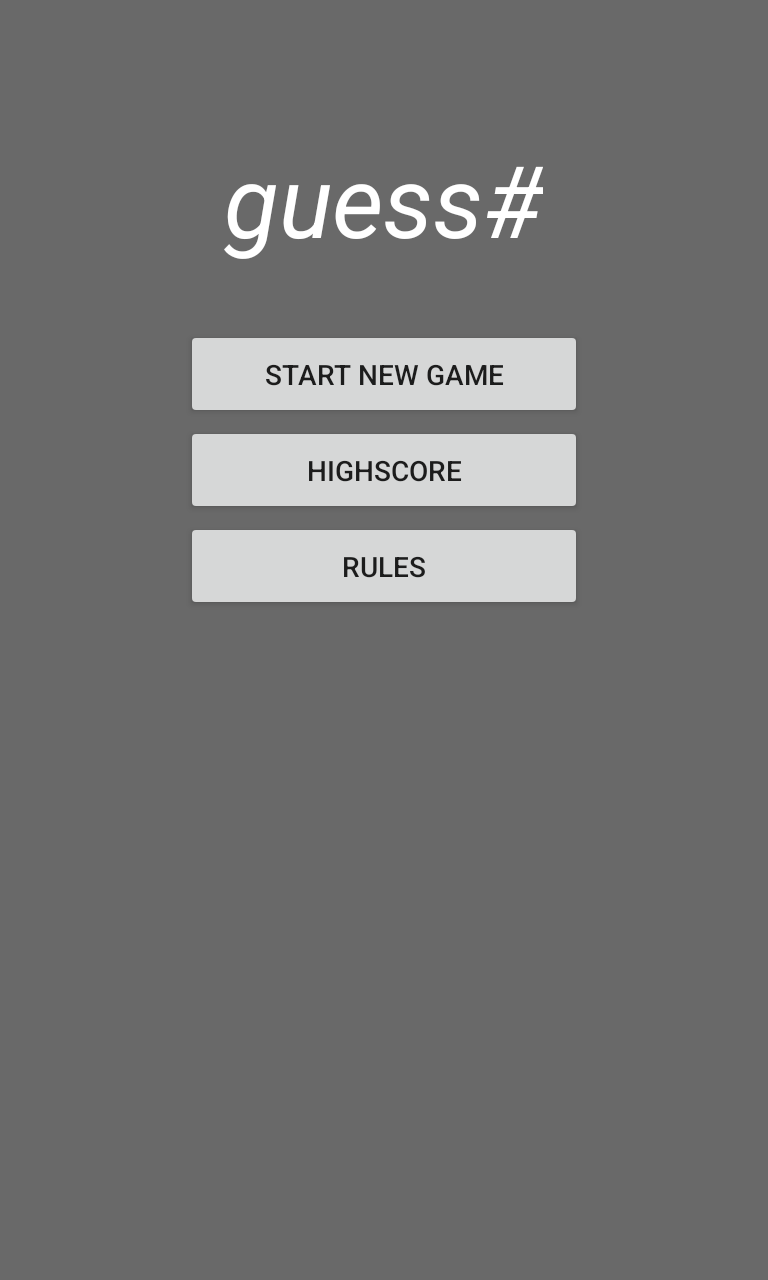
Repository: Hannanina/GuessTag
Layout: GuessTag/res/layout/activity_start.xml
An editor plug-in stored every save of this project. The layout is shown before and after the next save, followed by the edit.
It is drawn on a 768 x 1280 px phone screen (xhdpi) without system bars, with theme AppTheme; the app's code is not run.

Above is the layout before, as saved 2014-12-08 10:08:30.

### GuessTag/res/layout/activity_start.xml
<?xml version="1.0" encoding="utf-8"?>
<LinearLayout xmlns:android="http://schemas.android.com/apk/res/android"
    xmlns:tools="http://schemas.android.com/tools"
    android:layout_width="match_parent"
    android:layout_height="match_parent"
    android:paddingBottom="@dimen/activity_vertical_margin"
    android:paddingLeft="@dimen/activity_horizontal_margin"
    android:paddingRight="@dimen/activity_horizontal_margin"
    android:paddingTop="@dimen/activity_vertical_margin"
    tools:context="com.example.guesstag.StartActivity"
    android:background="@color/DimGray"
    android:orientation="vertical" >

    <TextView
        android:id="@+id/start_heading"
        android:layout_marginTop="50dp"
        android:layout_marginBottom="30dp"
        android:layout_width="wrap_content"
	    android:layout_height="wrap_content"
	    android:layout_gravity="center"
	    android:text="@string/start_heading"
	    android:textStyle="italic"
	    android:textSize="50sp"
	    android:textColor="@color/White">
    </TextView>

	<Button
	    android:id="@+id/button_start"
	    android:layout_width="200dp"
	    android:layout_height="48dp"
	    android:layout_gravity="center"
	    android:text="@string/button_start"
	    android:onClick="onClickStart">
	</Button>

	<Button
	    android:id="@+id/button_highscore"
	    android:layout_width="200dp"
	    android:layout_height="48dp"
	    android:layout_gravity="center"
	    android:text="@string/button_highscore"
	    android:onClick="onClickHighscore">
	</Button>

	<Button
	    android:id="@+id/button_rules"
	    android:layout_width="200dp"
	    android:layout_height="48dp"
	    android:layout_gravity="center"
	    android:text="@string/button_rules"
	    android:onClick="onClickRules" >
	</Button>

</LinearLayout>

### GuessTag/res/values/colors.xml
<?xml version="1.0" encoding="utf-8"?>
<resources>
 <color name="white">#FFFFFF</color>
 <color name="yellow">#FFFF00</color>
 <color name="fuchsia">#FF00FF</color>
 <color name="red">#FF0000</color>
 <color name="silver">#C0C0C0</color>
 <color name="gray">#808080</color>
 <color name="olive">#808000</color>
 <color name="purple">#800080</color>
 <color name="maroon">#800000</color>
 <color name="aqua">#00FFFF</color>
 <color name="lime">#00FF00</color>
 <color name="teal">#008080</color>
 <color name="green">#008000</color>
 <color name="blue">#0000FF</color>
 <color name="navy">#000080</color>
 <color name="black">#000000</color>


 <color name="White">#FFFFFF</color>
 <color name="Ivory">#FFFFF0</color>
 <color name="LightYellow">#FFFFE0</color>
 <color name="Yellow">#FFFF00</color>
 <color name="Snow">#FFFAFA</color>
 <color name="FloralWhite">#FFFAF0</color>
 <color name="LemonChiffon">#FFFACD</color>
 <color name="Cornsilk">#FFF8DC</color>
 <color name="Seashell">#FFF5EE</color>
 <color name="LavenderBlush">#FFF0F5</color>
 <color name="PapayaWhip">#FFEFD5</color>
 <color name="BlanchedAlmond">#FFEBCD</color>
 <color name="MistyRose">#FFE4E1</color>
 <color name="Bisque">#FFE4C4</color>
 <color name="Moccasin">#FFE4B5</color>
 <color name="NavajoWhite">#FFDEAD</color>
 <color name="PeachPuff">#FFDAB9</color>
 <color name="Gold">#FFD700</color>
 <color name="Pink">#FFC0CB</color>
 <color name="LightPink">#FFB6C1</color>
 <color name="Orange">#FFA500</color>
 <color name="LightSalmon">#FFA07A</color>
 <color name="DarkOrange">#FF8C00</color>
 <color name="Coral">#FF7F50</color>
 <color name="HotPink">#FF69B4</color>
 <color name="Tomato">#FF6347</color>
 <color name="OrangeRed">#FF4500</color>
 <color name="DeepPink">#FF1493</color>
 <color name="Fuchsia">#FF00FF</color>
 <color name="Magenta">#FF00FF</color>
 <color name="Red">#FF0000</color>
 <color name="OldLace">#FDF5E6</color>
 <color name="LightGoldenrodYellow">#FAFAD2</color>
 <color name="Linen">#FAF0E6</color>
 <color name="AntiqueWhite">#FAEBD7</color>
 <color name="Salmon">#FA8072</color>
 <color name="GhostWhite">#F8F8FF</color>
 <color name="MintCream">#F5FFFA</color>
 <color name="WhiteSmoke">#F5F5F5</color>
 <color name="Beige">#F5F5DC</color>
 <color name="Wheat">#F5DEB3</color>
 <color name="SandyBrown">#F4A460</color>
 <color name="Azure">#F0FFFF</color>
 <color name="Honeydew">#F0FFF0</color>
 <color name="AliceBlue">#F0F8FF</color>
 <color name="Khaki">#F0E68C</color>
 <color name="LightCoral">#F08080</color>
 <color name="PaleGoldenrod">#EEE8AA</color>
 <color name="Violet">#EE82EE</color>
 <color name="DarkSalmon">#E9967A</color>
 <color name="Lavender">#E6E6FA</color>
 <color name="LightCyan">#E0FFFF</color>
 <color name="BurlyWood">#DEB887</color>
 <color name="Plum">#DDA0DD</color>
 <color name="Gainsboro">#DCDCDC</color>
 <color name="Crimson">#DC143C</color>
 <color name="PaleVioletRed">#DB7093</color>
 <color name="Goldenrod">#DAA520</color>
 <color name="Orchid">#DA70D6</color>
 <color name="Thistle">#D8BFD8</color>
 <color name="LightGrey">#D3D3D3</color>
 <color name="Tan">#D2B48C</color>
 <color name="Chocolate">#D2691E</color>
 <color name="Peru">#CD853F</color>
 <color name="IndianRed">#CD5C5C</color>
 <color name="MediumVioletRed">#C71585</color>
 <color name="Silver">#C0C0C0</color>
 <color name="DarkKhaki">#BDB76B</color>
 <color name="RosyBrown">#BC8F8F</color>
 <color name="MediumOrchid">#BA55D3</color>
 <color name="DarkGoldenrod">#B8860B</color>
 <color name="FireBrick">#B22222</color>
 <color name="PowderBlue">#B0E0E6</color>
 <color name="LightSteelBlue">#B0C4DE</color>
 <color name="PaleTurquoise">#AFEEEE</color>
 <color name="GreenYellow">#ADFF2F</color>
 <color name="LightBlue">#ADD8E6</color>
 <color name="DarkGray">#A9A9A9</color>
 <color name="Brown">#A52A2A</color>
 <color name="Sienna">#A0522D</color>
 <color name="YellowGreen">#9ACD32</color>
 <color name="DarkOrchid">#9932CC</color>
 <color name="PaleGreen">#98FB98</color>
 <color name="DarkViolet">#9400D3</color>
 <color name="MediumPurple">#9370DB</color>
 <color name="LightGreen">#90EE90</color>
 <color name="DarkSeaGreen">#8FBC8F</color>
 <color name="SaddleBrown">#8B4513</color>
 <color name="DarkMagenta">#8B008B</color>
 <color name="DarkRed">#8B0000</color>
 <color name="BlueViolet">#8A2BE2</color>
 <color name="LightSkyBlue">#87CEFA</color>
 <color name="SkyBlue">#87CEEB</color>
 <color name="Gray">#808080</color>
 <color name="Olive">#808000</color>
 <color name="Purple">#800080</color>
 <color name="Maroon">#800000</color>
 <color name="Aquamarine">#7FFFD4</color>
 <color name="Chartreuse">#7FFF00</color>
 <color name="LawnGreen">#7CFC00</color>
 <color name="MediumSlateBlue">#7B68EE</color>
 <color name="LightSlateGray">#778899</color>
 <color name="SlateGray">#708090</color>
 <color name="OliveDrab">#6B8E23</color>
 <color name="SlateBlue">#6A5ACD</color>
 <color name="DimGray">#696969</color>
 <color name="MediumAquamarine">#66CDAA</color>
 <color name="CornflowerBlue">#6495ED</color>
 <color name="CadetBlue">#5F9EA0</color>
 <color name="DarkOliveGreen">#556B2F</color>
 <color name="Indigo">#4B0082</color>
 <color name="MediumTurquoise">#48D1CC</color>
 <color name="DarkSlateBlue">#483D8B</color>
 <color name="SteelBlue">#4682B4</color>
 <color name="RoyalBlue">#4169E1</color>
 <color name="Turquoise">#40E0D0</color>
 <color name="MediumSeaGreen">#3CB371</color>
 <color name="LimeGreen">#32CD32</color>
 <color name="DarkSlateGray">#2F4F4F</color>
 <color name="SeaGreen">#2E8B57</color>
 <color name="ForestGreen">#228B22</color>
 <color name="LightSeaGreen">#20B2AA</color>
 <color name="DodgerBlue">#1E90FF</color>
 <color name="MidnightBlue">#191970</color>
 <color name="Aqua">#00FFFF</color>
 <color name="Cyan">#00FFFF</color>
 <color name="SpringGreen">#00FF7F</color>
 <color name="Lime">#00FF00</color>
 <color name="MediumSpringGreen">#00FA9A</color>
 <color name="DarkTurquoise">#00CED1</color>
 <color name="DeepSkyBlue">#00BFFF</color>
 <color name="DarkCyan">#008B8B</color>
 <color name="Teal">#008080</color>
 <color name="Green">#008000</color>
 <color name="DarkGreen">#006400</color>
 <color name="Blue">#0000FF</color>
 <color name="MediumBlue">#0000CD</color>
 <color name="DarkBlue">#00008B</color>
 <color name="Navy">#000080</color>
 <color name="Black">#000000</color>
</resources>

### GuessTag/res/values/strings.xml
<?xml version="1.0" encoding="utf-8"?>
<resources>

    <string name="app_name">guess#</string>
    <string name="hello_world">Hello world!</string>
    <string name="action_settings">Settings</string>

    <!-- BACK BUTTON -->
    <string name="button_back">Back</string>

    <!-- START ACTIVITY -->
    <string name="start_heading">guess#</string>
    <string name="button_start">Start new game</string>
    <string name="button_highscore">Highscore</string>
    <string name="button_rules">Rules</string>
    <string name="title_activity_rules">RulesActivity</string>

    <!-- RULES ACTIVITY -->
    <string name="rules_heading">Rules</string>
    <string name="rules_text">Lorem ipsum dolor sit amet, consectetuer adipiscing elit, sed diam nonummy nibh euismod tincidunt ut laoreet dolore magna aliquam erat volutpat. Ut wisi enim ad minim veniam, quis nostrud exerci tation ullamcorper suscipit lobortis nisl ut aliquip ex ea commodo consequat. Duis autem vel eum iriure dolor in hendrerit in vulputate velit esse molestie consequat, vel illum dolore eu feugiat nulla facilisis at vero eros et accumsan et iusto odio dignissim qui blandit praesent luptatum zzril delenit augue duis dolore te feugait nulla facilisi. Nam liber tempor cum soluta nobis eleifend option congue nihil imperdiet doming id quod mazim placerat facer possim assum. Typi non habent claritatem insitam; est usus legentis in iis qui facit eorum claritatem. Investigationes demonstraverunt lectores legere me lius quod ii legunt saepius. Claritas est etiam processus dynamicus, qui sequitur mutationem consuetudium lectorum. Mirum est notare quam littera gothica, quam nunc putamus parum claram, anteposuerit litterarum formas humanitatis per seacula quarta decima et quinta decima. Eodem modo typi, qui nunc nobis videntur parum clari, fiant sollemnes in futurum.</string>

    <!-- NEW ACTIVITY -->
    <string name="new_heading">Start new game</string>
    <string name="button_host">Host game</string>
    <string name="button_join">Join game</string>

    <!-- HOST ACTIVITY -->
    <string name="host_heading">Host game</string>
    <string name="game_name_instruction">Input game name</string>
    <string name="difficulty_setting">Set difficulty</string>
    <string name="input_game_name">Input game name</string>
    <string name="button_create">Create game</string>

    <!-- INPUT TAG ACTIVITY -->
    <string name="title_activity_input_tag">InputTagActivity</string>
    <string name="title_activity_select_tagger">SelectTaggerActivity</string>

    <!-- TIMER ACTIVITY -->
    <string name="title_activity_timer">TimerActivity</string>
    <string name="title_activity_host">HostActivity</string>

</resources>

Loaded but not shown: GuessTag/res/values/styles.xml (common file); GuessTag/res/values-v11/styles.xml (common file); GuessTag/res/values-v14/styles.xml (common file); GuessTag/res/values/dimens.xml (common file); GuessTag/res/values-w820dp/dimens.xml (common file)

After the next save:
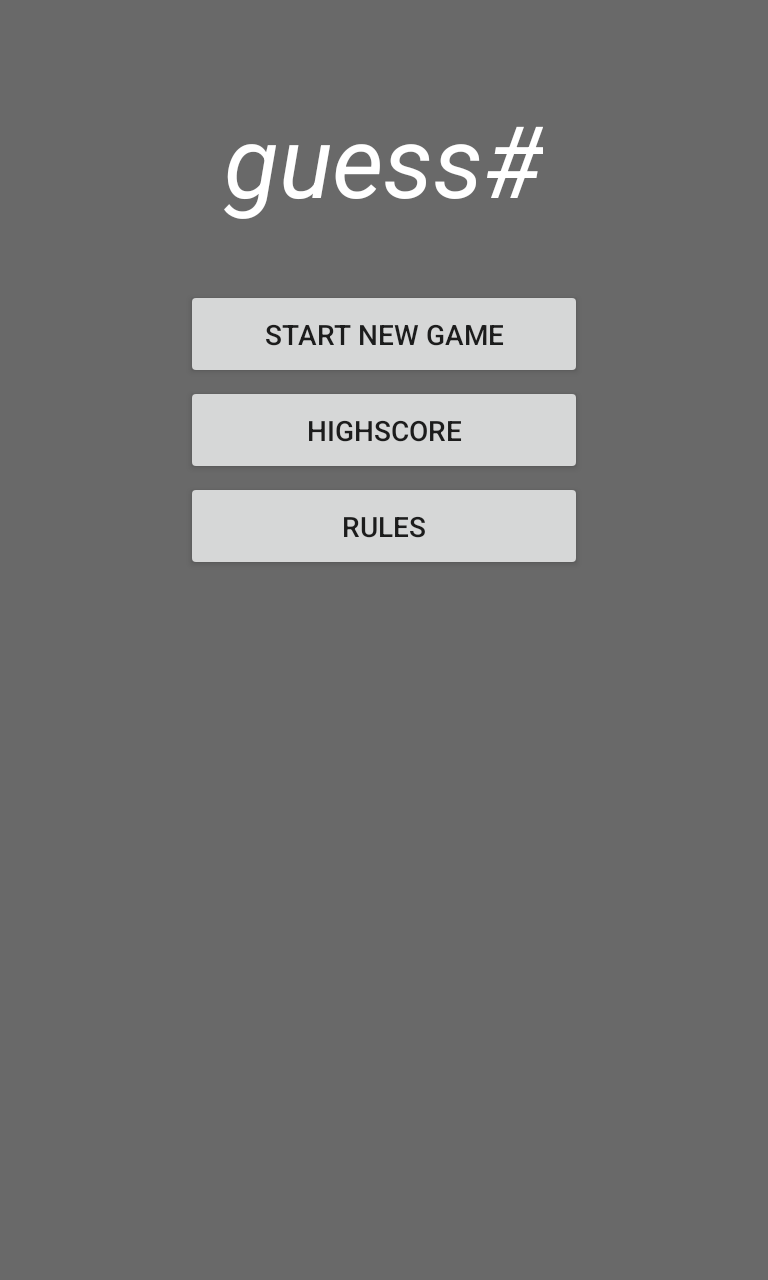
Saved 3 min 35 s later.
--- a/GuessTag/res/layout/activity_start.xml
+++ b/GuessTag/res/layout/activity_start.xml
@@ -13,7 +13,7 @@
 
     <TextView
         android:id="@+id/start_heading"
-        android:layout_marginTop="50dp"
+        android:layout_marginTop="30dp"
         android:layout_marginBottom="30dp"
         android:layout_width="wrap_content"
 	    android:layout_height="wrap_content"
